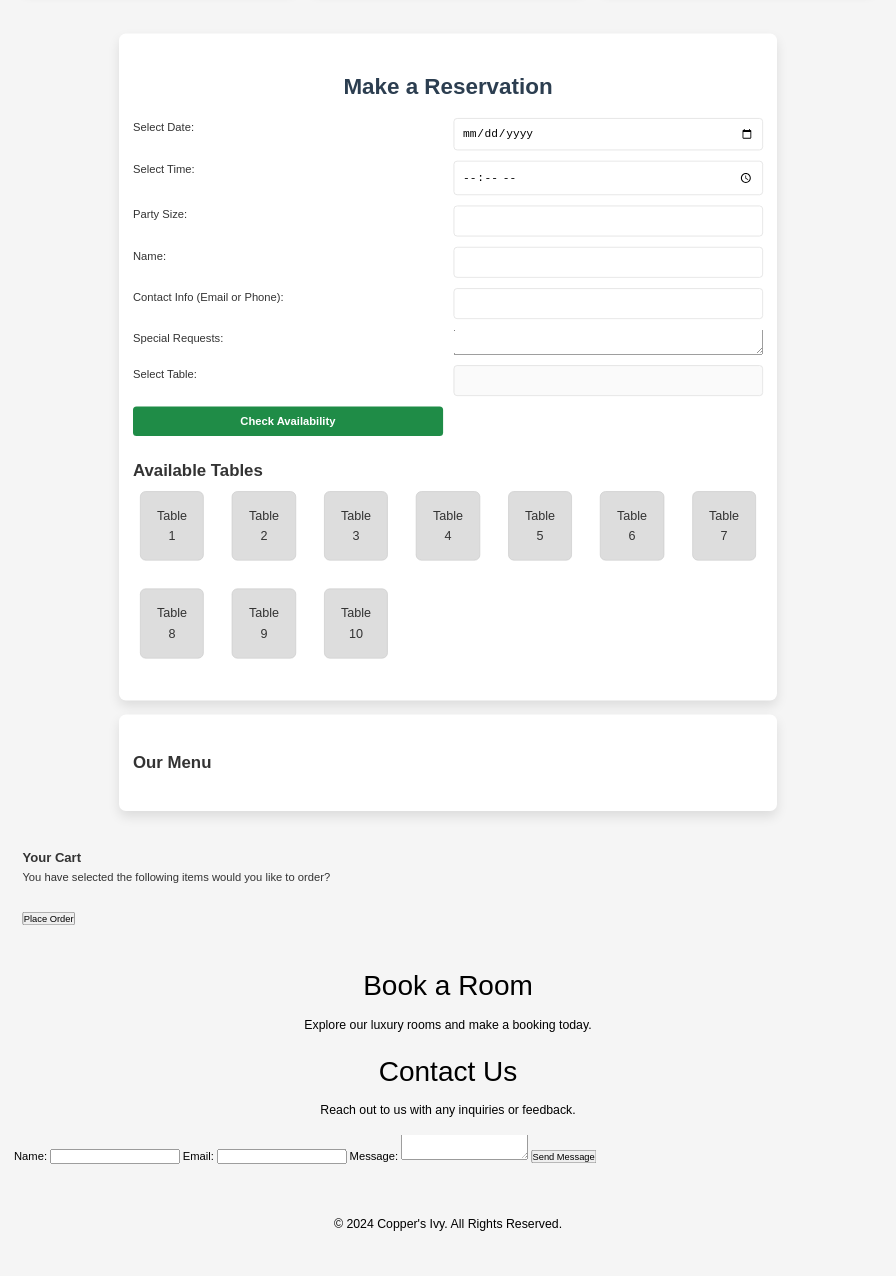
Repository: malingubarnice/Online-Reservation-System
Page: index.html
These files come from the project's save history. The page is drawn as it stood at one moment and after the next save; the edit follows.
The browser window is 1280 px wide. The pictures show the part of the page from y = 794 to 2714 px (the page is 2617 px tall before and 2714 px after), at 70% of full size.

Above is the page before, as saved 2025-02-01 16:38:32.

### index.html
<!DOCTYPE html>
<html lang="en">
<head>
  <meta charset="UTF-8">
  <meta name="viewport" content="width=device-width, initial-scale=1.0">
  <title>Copper's Ivy Integrated Suite</title>
  <link rel="stylesheet" href="styles.css">
</head>



<body>
  <!-- Navigation Bar -->
  <header>
    <div class="logo">
      <img src="assets/logo.jpg" alt="Copper Ivy Logo">
    </div>
    <nav class="navbar">
      <ul>
        <li><a href="#home">Home</a></li>
        <li><a href="#reservations">Reservations</a></li>
        <li><a href="#menu">Menu</a></li>
        <li><a href="#rooms">Rooms</a></li>
        <li><a href="#cart">Cart</a></li>
        <li><a href="#contact">Contact Us</a></li>
      </ul>
    </nav>
  </header>




  <!-- Hero Section -->
  <section id="home" class="hero">
    <h1>Welcome to Copper's Ivy</h1>
    <p>Experience fine dining and lodging.</p>
    <a href="#reservations" class="btn">Make a Reservation</a>
  </section>

  <!-- Features Section -->
  <section class="features">
    <div class="feature">
      <h2>Reserve Your Table</h2>
      <p>Book a table effortlessly with our online reservation system.</p>
      <a href="#reservations" class="btn">Book Now</a>
    </div>
    <div class="feature">
      <h2>Order Online</h2>
      <p>Enjoy your favorite dishes delivered to your door.</p>
      <a href="#menu" class="btn">Order Now</a>
    </div>
    <div class="feature">
      <h2>Book a Room</h2>
      <p>Experience luxury lodging at Copper’s Ivy.</p>
      <a href="#rooms" class="btn">Book a Room</a>
    </div>
  </section>




  <!-- Reservations Section -->
<section id="reservations">
    <h1>Make a Reservation</h1>
    <div class="reservation-form">
        <label for="date">Select Date:</label>
        <input type="date" id="date" required>

        <label for="time">Select Time:</label>
        <input type="time" id="time" required>

        <label for="party-size">Party Size:</label>
        <input type="number" id="party-size" min="1" max="20" required>

        <!-- New fields for contact info and special requests -->
        <label for="customer-name">Name:</label>
        <input type="text" id="customer-name" required>

        <label for="contact-info">Contact Info (Email or Phone):</label>
        <input type="text" id="contact-info" required>

        <label for="special-requests">Special Requests:</label>
        <textarea id="special-requests"></textarea>

        <!-- New field to show selected table -->
        <label for="selected-table">Select Table:</label>
        <input type="text" id="selected-table" disabled> <!-- Hidden field to store the selected table -->

        <button class="reserve-btn">Check Availability</button>
    </div>

    <!-- Table Layout Section -->
    <div class="table-layout">
        <h2>Available Tables</h2>
        <div class="tables">
            <!-- Table icons dynamically loaded -->
        </div>
    </div>
</section>


  <!-- Menu Section -->
  <section id="menu">
    <h1>Our Menu</h1>
    <div class="menu-items">
      <!-- Menu items dynamically loaded -->
    </div>
  </section>

    <!-- Order Section -->
    <section id="order-online">
        <!-- Menu Items -->
        <div class="menu-items">
            <!-- Menu items dynamically loaded from the backend -->
        </div>


  <!-- Cart Section -->
    <section id="cart">
      <h1>Your Cart</h1>
      <p>You have selected the following items would you like to order?</p>
      <div class="cart-items">
        <!-- Cart items dynamically loaded -->
      </div>
  </section>
        <!-- Order Form -->
        <div class="order-form">
            <div class="order-list">
                <!-- Dynamically added ordered items will appear here -->
            </div>
            <button class="place-order-btn">Place Order</button>
        </div>
    </section>




<!-- Rooms Section -->
<section id="rooms">
  <h1>Book a Room</h1>
  <p>Explore our luxury rooms and make a booking today.</p>

  <div class="room-list">
    <!-- Room cards dynamically loaded -->
  </div>

  <!--A Booking Form-->
<!-- Booking form (initially hidden) -->
<div class="booking-form" style="display: none;">
  <form id="room-booking-form">
      <input type="hidden" id="room_id" name="room_id">  <!-- Hidden input for room ID -->
      <label for="room-selection">Room</label>
      <input type="text" id="room-selection" name="room_name" readonly>

      <label for="check-in-date">Check-in Date</label>
      <input type="date" id="check-in-date" name="check_in_date" required>

      <label for="check-out-date">Check-out Date</label>
      <input type="date" id="check-out-date" name="check_out_date" required>

      <label for="guest-count">Number of Guests</label>
      <input type="number" id="guest-count" name="guest_count" min="1" required>

      <label for="contact-info">Contact Information</label>
      <input type="text" id="contact-info" name="contact-info" placeholder="Enter your contact info" required>


      <p id="price"></p>

      <button type="submit">Book Room</button>
  </form>
</div>





  <!-- Contact Section -->
  <section id="contact">
    <h1>Contact Us</h1>
    <p>Reach out to us with any inquiries or feedback.</p>
    <form class="contact-form">
      <label for="name">Name:</label>
      <input type="text" id="name" required>

      <label for="email">Email:</label>
      <input type="email" id="email" required>

      <label for="message">Message:</label>
      <textarea id="message" required></textarea>

      <button type="submit" class="btn">Send Message</button>
    </form>
  </section>

  <!-- Footer -->
  <footer>
    <p>&copy; 2024 Copper's Ivy. All Rights Reserved.</p>
  </footer>


  <script src="https://cdn.botpress.cloud/webchat/v2.2/inject.js"></script>
  <script src="https://files.bpcontent.cloud/2024/12/05/06/20241205062412-612LYK8G.js"></script>


  <script src="script.js"></script>
</body>
</html>

### styles.css
/* General Reset */
body, h1, h2, p, ul, li, a, button {
    margin: 0;
    padding: 0;
    box-sizing: border-box;
}

/* Body and Layout */
body {
    font-family: 'Arial', sans-serif;
    line-height: 1.6;
    background-color: #f5f5f5;
    color: #333;
}

/* Header */
header {
    display: flex;
    justify-content: space-between;
    align-items: center;
    padding: 20px;
    background: white;
    color: #fff;
    border-bottom: 2px solid #c4ccd4;
    border-radius: 26px;
    border-style: none;
}

header .logo img {
    height: 100px;
    border-radius: 50px;
}

header nav ul {
    display: flex;
    list-style: none;
}

header nav ul li {
    margin-left: 25px;
}

header nav ul li a {
    color: rgb(10, 10, 10);
    text-decoration: none;
    font-size: 25px;
    font-weight: 500;
    transition: color 0.3s;
}

header nav ul li a:hover {
    color: #eb2630;
}

/* Hero Section */
.hero {
    background: url('assets/cookingbackground.jpg') no-repeat center center/cover;
    text-align: center;
    padding: 100px 20px;
    color: #fff;
    font-size: 28px;
}

.hero h1 {
    font-size: 36px;
    margin-bottom: 15px;
}

.hero p {
    font-size: 20px;
    margin-bottom: 20px;
}

.hero .btn {
    padding: 12px 30px;
    background-color: #1f8c47;
    color: #fff;
    text-decoration: none;
    font-weight: bold;
    border-radius: 5px;
    transition: background-color 0.3s;
}

.hero .btn:hover {
    background-color: #07e262;
}

/* Features Section */
.features {
    display: flex;
    justify-content: space-around;
    margin: 50px 20px;
}

.feature {
    background-color: #fff;
    border-radius: 10px;
    box-shadow: 0 6px 12px rgba(0, 0, 0, 0.1);
    padding: 30px;
    text-align: center;
    flex: 1;
    margin: 10px;
}

.feature h2 {
    font-size: 24px;
    margin-bottom: 10px;
}

.feature p {
    font-size: 16px;
    margin-bottom: 20px;
}

.feature .btn {
    background-color: #1f8c47;
    color: #fff;
    text-decoration: none;
    padding: 10px 25px;
    font-weight: bold;
    border-radius: 5px;
    transition: background-color 0.3s;
}

.feature .btn:hover {
    background-color: #10ce5f;
}

/* Reservations Section */
#reservations {
    padding: 50px 20px;
    background: #fff;
    margin: 20px auto;
    max-width: 900px;
    box-shadow: 0 8px 16px rgba(0, 0, 0, 0.1);
    border-radius: 10px;
}

#reservations h1 {
    font-size: 32px;
    margin-bottom: 20px;
    text-align: center;
    color: #2c3e50;
}

.reservation-form {
    display: grid;
    grid-template-columns: 1fr 1fr;
    gap: 15px;
    margin-bottom: 30px;
}

.reservation-form label {
    font-size: 16px;
    color: #333;
}

.reservation-form input, .reserve-btn {
    padding: 12px;
    border: 1px solid #ddd;
    border-radius: 5px;
    font-size: 16px;
    transition: border-color 0.3s;
}

.reservation-form input:focus {
    border-color: #27ae60;
}

.reserve-btn {
    background-color: #1f8c47;
    color: #fff;
    font-weight: bold;
    cursor: pointer;
    border: none;
    transition: background-color 0.3s;
}

.reserve-btn:hover {
    background-color: #07e262;
}

/* Table Layout */
.table-layout {
    margin-top: 20px;
}

.tables {
    display: grid;
    grid-template-columns: repeat(auto-fill, minmax(100px, 1fr));
    gap: 20px;
}

.tables .table {
    background-color: #ddd;
    padding: 20px;
    text-align: center;
    font-size: 18px;
    border-radius: 8px;
    cursor: pointer;
    transition: transform 0.3s, background-color 0.3s;
}

.tables .table:hover {
    transform: scale(1.1);
    background-color: #27ae60;
    color: #fff;
}

/* Menu Section */
#menu {
    padding: 50px 20px;
    background: #fff;
    margin: 20px auto;
    max-width: 900px;
    box-shadow: 0 8px 16px rgba(0, 0, 0, 0.1);
    border-radius: 10px;
}

.menu-items {
    display: grid;
    grid-template-columns: repeat(auto-fill, minmax(250px, 1fr));
    gap: 20px;
}

.menu-items .menu-item {
    background: #f4f4f4;
    padding: 20px;
    border-radius: 8px;
    box-shadow: 0 4px 8px rgba(0, 0, 0, 0.1);
    text-align: center;
    transition: transform 0.3s;
}

.menu-items .menu-item:hover {
    transform: scale(1.05);
    box-shadow: 0 8px 16px rgba(0, 0, 0, 0.2);
}

.menu-items img {
    max-width: 100%;
    border-radius: 5px;
}





/* Footer */
footer {
    text-align: center;
    padding: 20px;
    background-color: whitesmoke;
    color: #fff;
    margin-top: 50px;
}

/* Responsive Design */
@media (max-width: 768px) {
    .features {
        flex-direction: column;
        align-items: center;
    }

    .feature {
        width: 100%;
        margin-bottom: 30px;
    }

    .reservation-form {
        grid-template-columns: 1fr;
    }

    .tables {
        grid-template-columns: 1fr 1fr;
    }

    .menu-items {
        grid-template-columns: 1fr 1fr;
    }
}

@media (max-width: 480px) {
    header {
        flex-direction: column;
        align-items: flex-start;
    }

    header nav ul {
        flex-direction: column;
        gap: 10px;
    }

    .hero h1 {
        font-size: 28px;
    }

    .hero p {
        font-size: 18px;
    }
}

/* Style for available tables */
.table {
    padding: 10px;
    margin: 10px;
    border: 1px solid #ccc;
    cursor: pointer;
    display: inline-block;
}

/* Highlight the selected table */
.table.selected {
    background-color: #4CAF50; /* Green background */
    color: white;
    border: 2px solid #fff;
}

/*stying order online section*/
#order-online {
    padding: 2rem;
}

.menu-item {
    border: 1px solid #ddd;
    margin: 1rem;
    padding: 1rem;
    text-align: center;
}
.order-form {
    margin-top: 2rem;
}
.order-total {
    font-weight: bold;
    margin-top: 1rem;
}


/*styling rooms*/
/* General styling for the Rooms Section */
#rooms {
    font-family: Arial, sans-serif;
    padding: 20px;
    background-color: #f5f5f5;
}

#rooms h1 {
    text-align: center;
    color: #333;
    font-size: 2.5rem;
    margin-bottom: 10px;
}

#rooms p {
    text-align: center;
    font-size: 1.1rem;
    color: #666;
    margin-bottom: 20px;
}

/* Room Listings */
.room-listings {
    display: grid;
    grid-template-columns: repeat(auto-fill, minmax(250px, 1fr));
    gap: 20px;
    margin-bottom: 30px;
}

.room-card {
    background-color: white;
    border-radius: 8px;
    box-shadow: 0 4px 6px rgba(0, 0, 0, 0.1);
    padding: 15px;
    text-align: center;
    transition: transform 0.3s ease-in-out;
}

.room-card:hover {
    transform: translateY(-5px);
}

.room-card img {
    width: 100%;
    height: 180px;
    object-fit: cover;
    border-radius: 8px;
}

.room-card h3 {
    font-size: 1.5rem;
    color: #333;
    margin: 15px 0;
}

.room-card p {
    font-size: 1.1rem;
    color: #777;
}

.room-card .price {
    font-size: 1.2rem;
    font-weight: bold;
    color: #1f8c47;
    margin-top: 10px;
}

.room-card button {
    background-color: #1f8c47;
    color: white;
    padding: 10px 15px;
    font-size: 1rem;
    border: none;
    border-radius: 5px;
    cursor: pointer;
    transition: background-color 0.3s;
}

.room-card button:hover {
    background-color: #07e262;
}

/* Booking Form Styling */
.booking-form {
    background-color: white;
    padding: 20px;
    border-radius: 8px;
    box-shadow: 0 4px 6px rgba(0, 0, 0, 0.1);
    width: 100%;
    max-width: 600px;
    margin: 0 auto;
}

.booking-form h2 {
    text-align: center;
    color: #333;
    font-size: 2rem;
    margin-bottom: 15px;
}

.booking-form form {
    display: flex;
    flex-direction: column;
    gap: 15px;
}

.booking-form label {
    font-size: 1.1rem;
    color: #333;
}

.booking-form select,
.booking-form input {
    padding: 10px;
    font-size: 1rem;
    border: 1px solid #ccc;
    border-radius: 5px;
    width: 100%;
}

.booking-form button {
    background-color: #1f8c47;
    color: white;
    padding: 12px 20px;
    font-size: 1.1rem;
    border: none;
    border-radius: 5px;
    cursor: pointer;
    transition: background-color 0.3s;
}

.booking-form button:hover {
    background-color: #07e262;
}

/* Confirmation Message */
#confirmation-message {
    font-size: 1.2rem;
    color: #333;
    margin-top: 20px;
    text-align: center;
    display: none; /* Hidden initially */
}

#confirmation-message.success {
    color: #4caf50;
}

#confirmation-message.error {
    color: #f44336;
}



/* Container for styling the rooms */
.room-list {
    display: flex;
    flex-wrap: wrap; /* Allows room cards to wrap to the next line when necessary */
    justify-content: center; /* Centers the room cards horizontally */
    gap: 20px; /* Adds space between cards */
    max-width: 80%; /* Makes the container occupy 80% of the page */
    margin: 0 auto; /* Centers the container horizontally */
}

/* Individual room card */
.room-card {
    width: 30%; /* Makes each card take up about 30% of the container's width */
    max-width: 300px; /* Optional: Set a max width for the cards */
    margin: 10px;
    padding: 15px;
    text-align: center;
    box-shadow: 0 4px 8px rgba(0, 0, 0, 0.1);
    background-color: #fff;
    border-radius: 10px;
    box-sizing: border-box;
}

/* Image inside room card */
.room-card img {
    width: 100%; /* Ensures the image stretches across the container */
    height: auto; /* Keeps aspect ratio intact */
    object-fit: contain; /* Ensures the full image is visible */
}

@media (max-width: 768px) {
    .room-card {
        width: 100%; /* Makes room cards stack on smaller screens */
    }
}

/* Target the specific booking room section and make the font weight lighter */
#rooms {
    color: black; /* Keeps the text color black */
    font-weight: lighter; /* Makes the font weight lighter */
}

/* Target the room cards within the booking room section */
#rooms .room-card {
    color: black; /* Ensures room card text is black */
    font-weight: lighter; /* Makes the room card text lighter */
}

/* You can also target specific elements like titles and descriptions, if necessary */
#rooms h1, #rooms p, #rooms .room-name, #rooms .room-description {
    color: black; /* Sets the text to black */
    font-weight: lighter; /* Reduces the font weight */
}

Loaded but not shown: script.js (303 lines, source omitted)

After the next save:
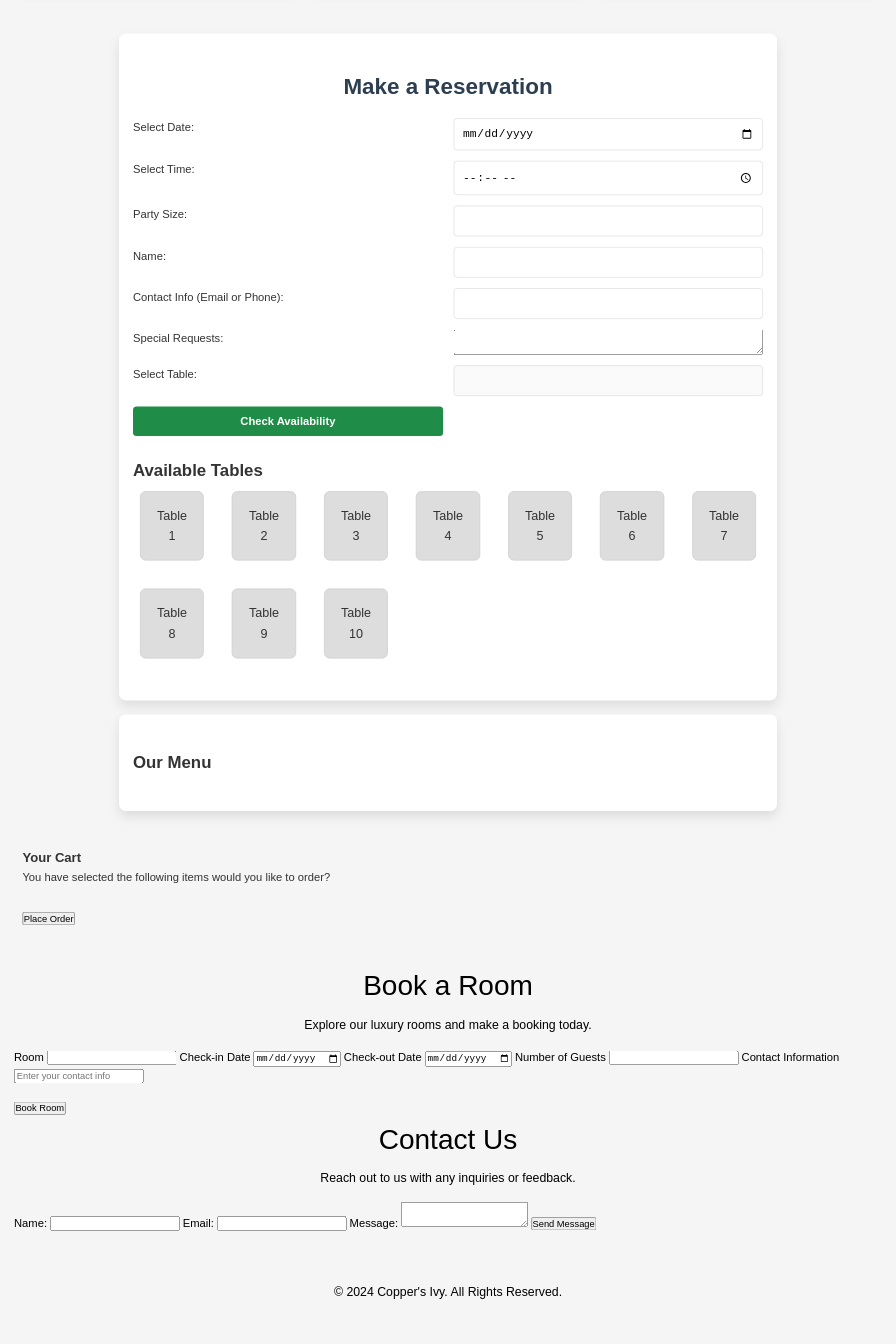
Saved 92 min 12 s later.
--- a/index.html
+++ b/index.html
@@ -146,7 +146,7 @@
 
   <!--A Booking Form-->
 <!-- Booking form (initially hidden) -->
-<div class="booking-form" style="display: none;">
+
   <form id="room-booking-form">
       <input type="hidden" id="room_id" name="room_id">  <!-- Hidden input for room ID -->
       <label for="room-selection">Room</label>
@@ -169,7 +169,7 @@
 
       <button type="submit">Book Room</button>
   </form>
-</div>
+
 
 
 

After the save that followed:
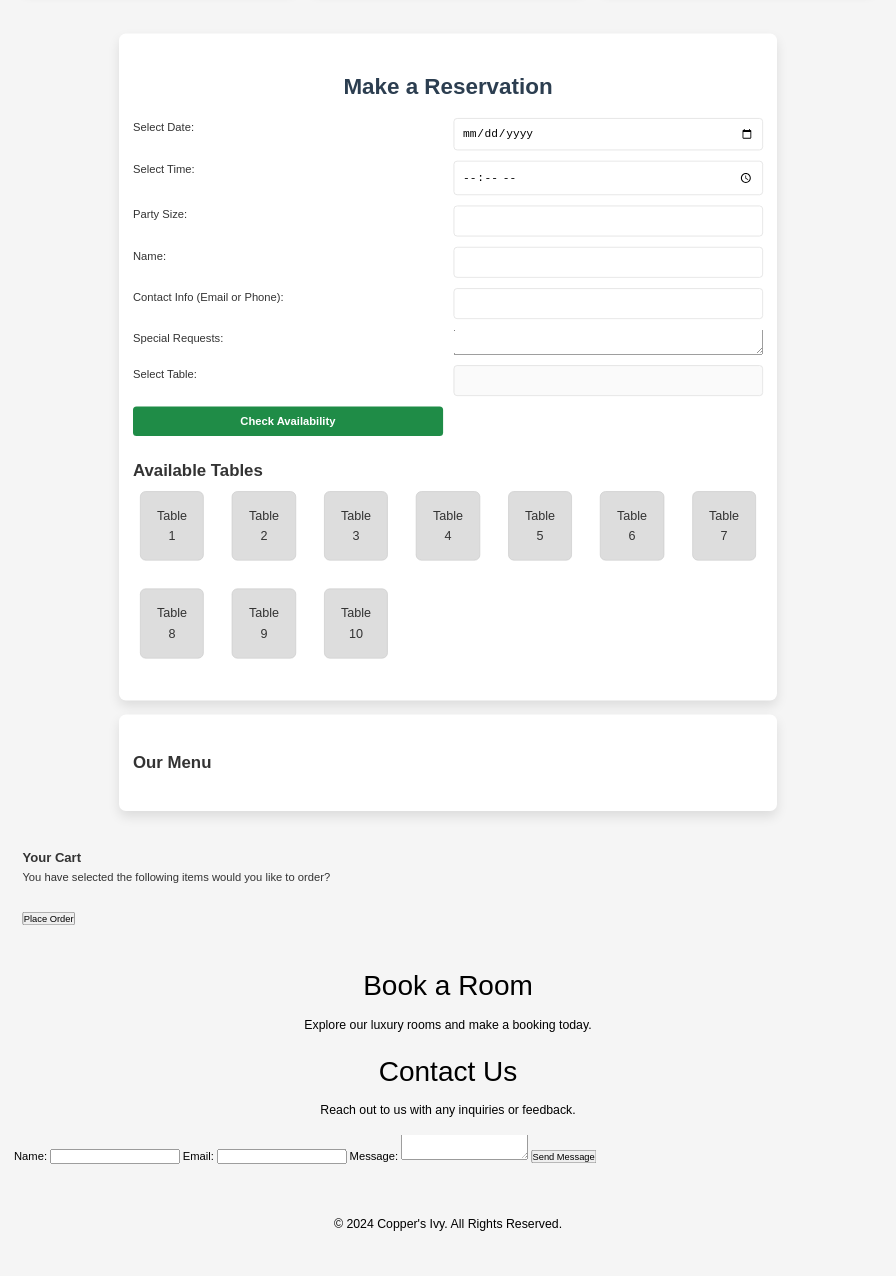
Saved 3 min 8 s later.
--- a/index.html
+++ b/index.html
@@ -146,7 +146,7 @@
 
   <!--A Booking Form-->
 <!-- Booking form (initially hidden) -->
-
+<div class="booking-form" style="display: none;">
   <form id="room-booking-form">
       <input type="hidden" id="room_id" name="room_id">  <!-- Hidden input for room ID -->
       <label for="room-selection">Room</label>
@@ -169,7 +169,7 @@
 
       <button type="submit">Book Room</button>
   </form>
-
+</div>
 
 
 
